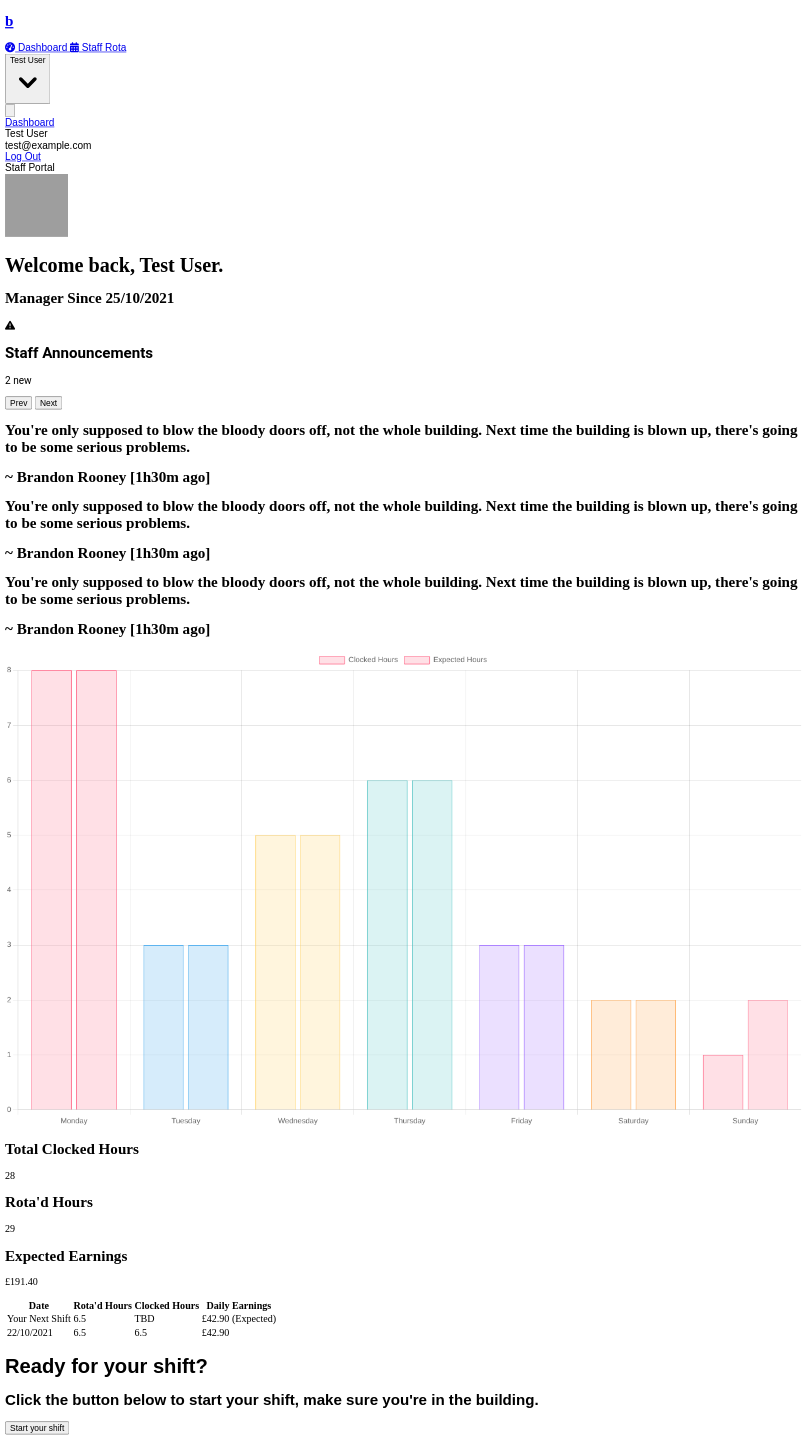
Repository: SimplyBrandon/blue-lounge
Page: http://localhost/dashboard
These files come from the project's save history. The page is drawn as it stood at one moment and after the next save; the edit follows.
The browser window is 1280 px wide. The pictures show the whole page, at 63% of full size.
Pictures or frames that could not be fetched are drawn as grey boxes. Some web libraries are served in a nearby version. The page is served by the project's Laravel application, run on PHP 8.4 with Laravel 8. A made-up administrator, Test User (test@example.com), is signed in.

Above is the page before, as saved 2021-10-25 21:24:44.

After the next save:
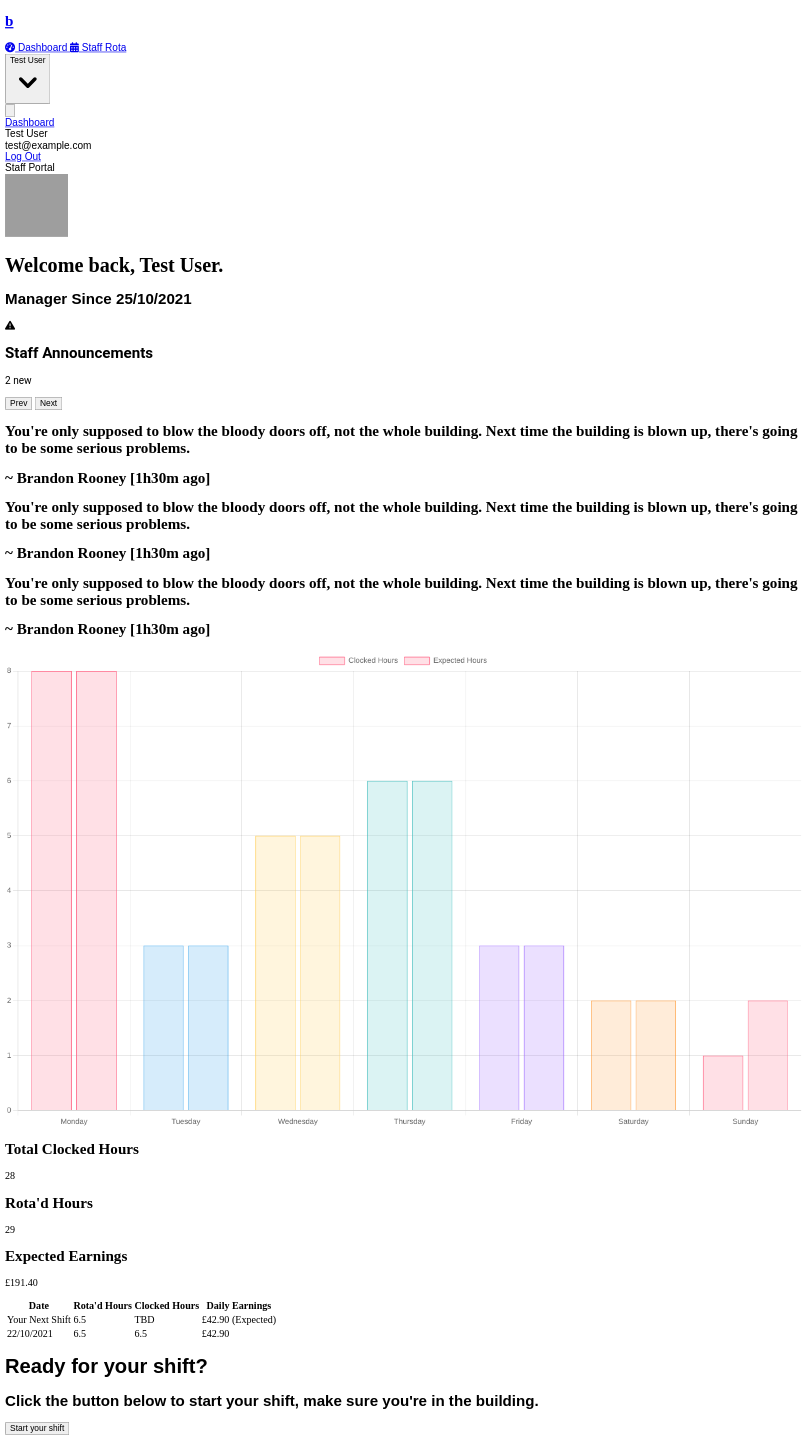
Saved 72 s later.
--- a/resources/views/dashboard.blade.php
+++ b/resources/views/dashboard.blade.php
@@ -6,7 +6,7 @@
             <img style="height: 100px; width: 100px" class="rounded-full" src="https://scontent-lcy1-2.xx.fbcdn.net/v/t1.6435-9/84535118_2234335966869824_9114908075222892544_n.jpg?_nc_cat=109&ccb=1-5&_nc_sid=174925&_nc_ohc=PrEuIakgkSUAX-vH-My&_nc_oc=AQl756Ga_89dfl1ea04bhESo-M_UvA54eUZ44fY09oV9l0hgbeK2ZOpLk8ZycNZk9_Q&_nc_ht=scontent-lcy1-2.xx&oh=06b37e2e49cc5251256a60e1cdaee3e6&oe=619D74C0"/>
             <div class="flex flex-col ml-10">
                 <h1 class="text-3xl text-white">Welcome back, <strong>{{ Auth::user()->name }}</strong>.</h1>
-                <h2 class="text-red-400 text-2xl mt-3 tracking-wider" style="font-family: 'Bebas Neue', cursive">Manager <span class="text-gray-300">Since 25/10/2021</span></h2>
+                <h2 class="text-red-400 text-2xl mt-3 tracking-wider" style="font-family: 'Quicksand', sans-serif">Manager <span class="text-gray-300">Since 25/10/2021</span></h2>
             </div>
         </div>
 
